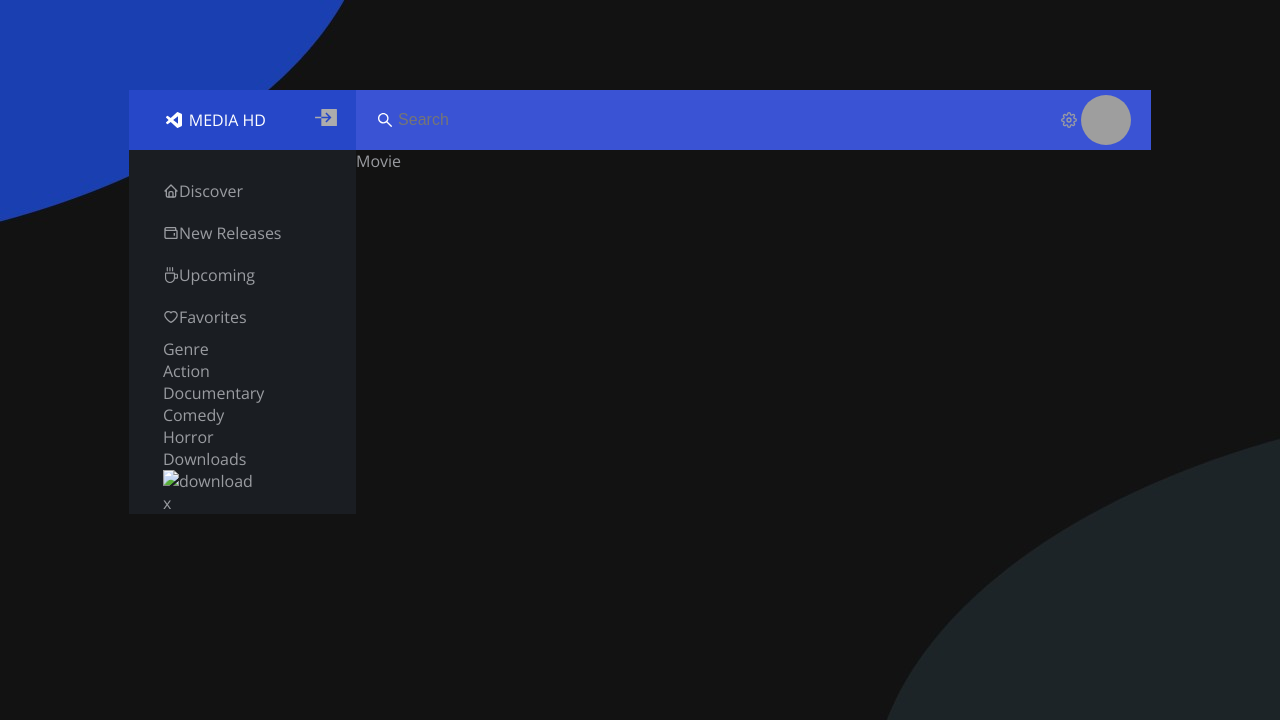
Repository: DevLaukey/movie-task
Page: /
These files come from the project's save history. The page is drawn as it stood at one moment and after the next save; the edit follows.
The browser window is 1280 px wide. The pictures show the whole page.
Pictures or frames that could not be fetched are drawn as grey boxes. The page's requests for data from a server got no answer. The project was rebuilt for these pictures with package versions that can differ from the ones it lists, and the page was loaded fresh each time. No one was signed in, and anything a server would have sent is missing. Also part of the build but not shown: src/components/Body/Movies.css.

Above is the page before, as saved 2022-06-15 20:38:32.

### src/App.js
import "./App.css"
import Body from "./components/Body/Body";
import Sidebar from "./components/Sidebar/Sidebar";
import axios from "axios";
import { useEffect, useState } from "react";

function App() {
  const [movies, setMovies] = useState([]);
  const url = "https://api.themoviedb.org/3/";
  const api = axios.create({ baseURL: url });

  const movieDetails = api.get(`/discover/movie?api_key=${process.env.REACT_APP_MOVIEDB_API}`, {
    params: process.env.MOVIEDB_API,
  });

  useEffect(() => {
    movieDetails.then((res) => {
      console.log(res.data.results);
    });
  }, [movies])
  return (
    <main className="App">
      <div className="App__container">
        <Sidebar />
        <Body />
      </div>
    </main>
  );
}

export default App;

### src/index.css
*{
    padding: 0;
    margin: 0;
    box-sizing: border-box;

}

### src/features/counter/counterSlice.js
import { createAsyncThunk, createSlice } from '@reduxjs/toolkit';
import { fetchCount } from './counterAPI';

const initialState = {
  value: 0,
  movies: 'idle',
};

// The function below is called a thunk and allows us to perform async logic. It
// can be dispatched like a regular action: `dispatch(incrementAsync(10))`. This
// will call the thunk with the `dispatch` function as the first argument. Async
// code can then be executed and other actions can be dispatched. Thunks are
// typically used to make async requests.
export const incrementAsync = createAsyncThunk(
  'counter/fetchCount',
  async (amount) => {
    const response = await fetchCount(amount);
    // The value we return becomes the `fulfilled` action payload
    return response.data;
  }
);

export const counterSlice = createSlice({
  name: 'counter',
  initialState,
  // The `reducers` field lets us define reducers and generate associated actions
  reducers: {
    increment: (state) => {
      // Redux Toolkit allows us to write "mutating" logic in reducers. It
      // doesn't actually mutate the state because it uses the Immer library,
      // which detects changes to a "draft state" and produces a brand new
      // immutable state based off those changes
      state.value += 1;
    },
    decrement: (state) => {
      state.value -= 1;
    },
    // Use the PayloadAction type to declare the contents of `action.payload`
    incrementByAmount: (state, action) => {
      state.value += action.payload;
    },
  },
  // The `extraReducers` field lets the slice handle actions defined elsewhere,
  // including actions generated by createAsyncThunk or in other slices.
  extraReducers: (builder) => {
    builder
      .addCase(incrementAsync.pending, (state) => {
        state.status = 'loading';
      })
      .addCase(incrementAsync.fulfilled, (state, action) => {
        state.status = 'idle';
        state.value += action.payload;
      });
  },
});

export const { increment, decrement, incrementByAmount } = counterSlice.actions;

// The function below is called a selector and allows us to select a value from
// the state. Selectors can also be defined inline where they're used instead of
// in the slice file. For example: `useSelector((state: RootState) => state.counter.value)`
export const selectCount = (state) => state.counter.value;

// We can also write thunks by hand, which may contain both sync and async logic.
// Here's an example of conditionally dispatching actions based on current state.
export const incrementIfOdd = (amount) => (dispatch, getState) => {
  const currentValue = selectCount(getState());
  if (currentValue % 2 === 1) {
    dispatch(incrementByAmount(amount));
  }
};

export default counterSlice.reducer;

### src/App.css
@import url('https://fonts.googleapis.com/css2?family=Open+Sans&display=swap');
.App{
    background-image: url(../public/back.jpg);
    width: 100vw;
    height: 100vh;
    background-size: cover;
    background-repeat: no-repeat;
    font-family: 'Open Sans', sans-serif;
    color: rgba(154,156,161,255);
}
.App__container{
    position: absolute;
    display: flex;
    justify-content: center;
    padding: 10vh;
    width: 100%;
}

### src/components/Body/Body.js
import React from "react";
import "./Body.css";
import Movies from "./Movies";
import Nav from "./Nav/Nav";
function Body() {
  return (
    <div className="body">
      <Nav />
      <Movies />
    </div>
  );
}

export default Body;

### src/components/Sidebar/Sidebar.js
import React from "react";
import "./Sidebar.css";
import { IoEnterSharp } from "react-icons/io5";
import { SiVisualstudiocode } from "react-icons/si";
import { TbHome } from "react-icons/tb";
import { BiWallet } from "react-icons/bi";
import { AiOutlineHeart, AiOutlineCoffee } from "react-icons/ai";


function Sidebar() {
  return (
    <div className="sidebar">
      <div className="sidebar__top">
        <div className="sidebar__left">
          <SiVisualstudiocode className="sidebar__logo" />
          <p className="sidebar__text">MEDIA HD</p>
        </div>
        <div className="sidebar__right">
          <IoEnterSharp
            style={{ color: "#acacac", height: "25", width: "30" }}
          />
        </div>
      </div>
      <div className="sidebar__bottom">
        <nav className="sidebar__group">
          <div className="sidebar__option">
            <TbHome />
            <p className="sidebar__option-text">Discover</p>
          </div>
          <div className="sidebar__option">
            <BiWallet />
            <p className="sidebar__option-text">New Releases</p>
          </div>
          <div className="sidebar__option">
            <AiOutlineCoffee />
            <p className="sidebar__option-text">Upcoming</p>
          </div>
          <div className="sidebar__option">
            <AiOutlineHeart />

            <p className="sidebar__option-text">Favorites</p>
          </div>
        </nav>
        <section className="sidebar__genre">
          <p className="sidebar__genre-bold-text">Genre</p>
          <p className="sidebar__genre-text">Action</p>
          <p className="sidebar__genre-text">Documentary</p>
          <p className="sidebar__genre-text">Comedy</p>
          <p className="sidebar__genre-text">Horror</p>
        </section>
        <section className="sidebar__downloads">
          <p className="sidebar__downloads-bold-text">Downloads</p>
          <img src="" alt="download" />
          <p className="sidebar__downloads-text">x</p>
        </section>
      </div>
    </div>
  );
}

export default Sidebar;

### src/components/Body/Body.css
.body{
    display: flex;
    flex-direction: column;
    top: -20px;
    width: 70%;
}

### src/components/Body/Movies.js
import React from 'react'
import Movie from './Movie'
import "./Movies.css"
function Movies() {
  return (
      <div>
          <Movie />
    </div>
  )
}

export default Movies

### src/components/Body/Nav/Nav.js
import React from 'react'
import "./Nav.css"
import { AiOutlineSearch} from "react-icons/ai";
import { FiSettings } from "react-icons/fi";

function Nav() {
  return (
    <div className="nav">
      <div className="nav__search">
        <AiOutlineSearch style={{ color: "white", fontSize: "20" }} />
        <input
          className="nav__search__input"
          type="text"
          placeholder="Search"
        />
      </div>
      <div className="nav__icons">
        <FiSettings />
        <img
          src={`https://dt2sdf0db8zob.cloudfront.net/wp-content/uploads/2019/12/9-Best-Online-Avatars-and-How-to-Make-Your-Own-for-Free-image1-5.png`}
          alt=""
          className="nav__avatar"
        />
      </div>
    </div>
  );
}

export default Nav

### src/components/Sidebar/Sidebar.css
.sidebar {
  display: flex;
  flex-direction: column;
  margin-top: 18px;
  width: 20%;
  align-items: center;
  background-color:rgba(26,29,34,255);
}
.sidebar__top {
  display: flex;
  width: 100%;
  justify-content: space-between;
  align-items: center;
  padding: 15px;
  background-color:#2647c8;
}
.sidebar__left {
  color: #fff;
margin-left:15px;
  display: flex;
  align-items: center;
}
.sidebar__logo {
  width: 30px;
}
.sidebar__bottom {
  width: 100%;
  margin-left:30%;
}

.sidebar__group{
    width: 100%;
    margin-top: 20px;
    display: flex;

    flex-direction: column;
}
.sidebar__option{
  display: flex;
  align-items: center;

  padding: 10px 20px 10px 0;
}
.sidebar__option:hover{
background-color:#0c0c0c;
color:rgba(25,64,181,255);
border-left: 1px solid #2647c8;
}

### src/components/Body/Movie.js
import React from 'react'
import "./Movies.css"
function Movie() {
  return (
    <div>Movie</div>
  )
}

export default Movie

### src/components/Body/Nav/Nav.css
.nav {
  width: 100%;
  display: flex;
  justify-content: space-between;
  margin-top: 18px;
  align-items: center;
  padding: 5px 20px;
  background-color: #3a53d4;
}
.nav__search {
  display: flex;
  align-items: center;
}
.nav__search__input {
  width: 100%;
  border: none;
  background-color: #3a53d4;
  color: #fff;
  margin-left: 4px;
  font-size: 1em;
}

.nav__search__input:focus {
  outline: none;
}
.nav__icons{
    display: flex;
    align-items: center;
}
.nav__avatar{
    margin-left: 4px;
  vertical-align: middle;
  width: 50px;
  height: 50px;
  border-radius: 50%
}

Loaded but not shown: public/index.html (common file); src/index.js (common file); src/app/store.js (common file); src/reportWebVitals.js (common file); src/features/counter/counterAPI.js (common file)

After the next save:
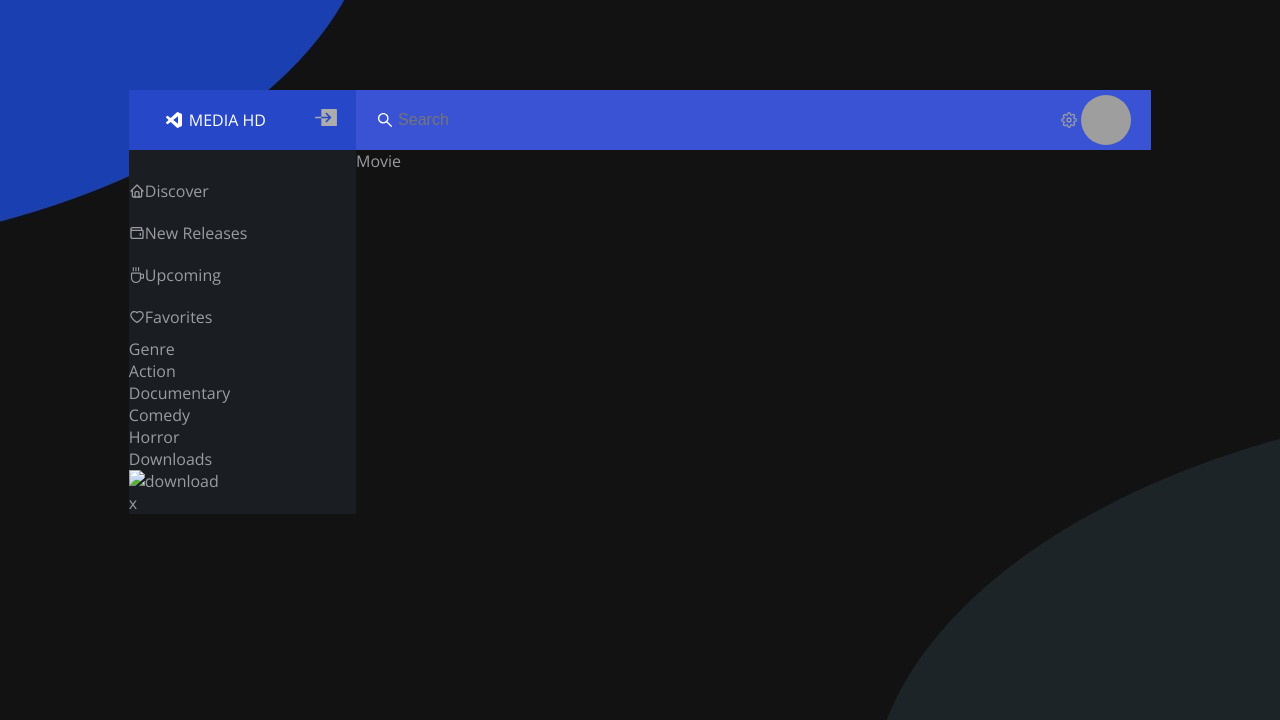
Saved 25 s later.
--- a/src/components/Sidebar/Sidebar.css
+++ b/src/components/Sidebar/Sidebar.css
@@ -25,7 +25,7 @@ margin-left:15px;
 }
 .sidebar__bottom {
   width: 100%;
-  margin-left:30%;
+  /* margin-left:30%; */
 }
 
 .sidebar__group{
